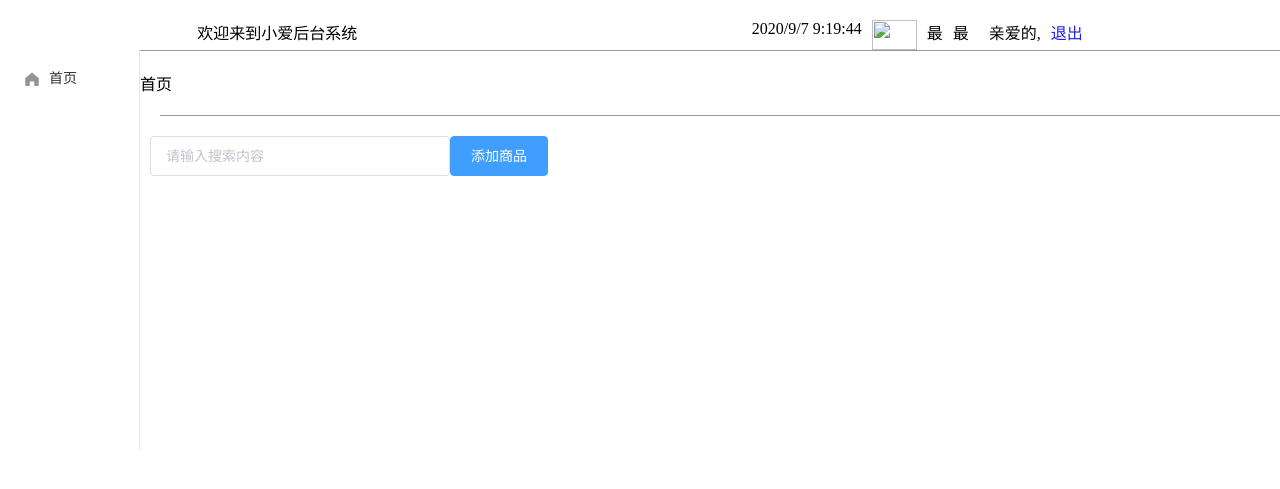
Repository: wujingwenwu/system
Page: /goods/goods
The author's editor kept a copy of each file at every save. The page is drawn from the files as they stood at one save, then again after the next save.
The browser window is 1280 px wide. The pictures show the whole page.
The page's requests for data from a server got no answer. The project was rebuilt for these pictures with package versions that can differ from the ones it lists, and the page was loaded fresh each time. No one was signed in, and anything a server would have sent is missing. Also part of the build but not shown: vue.config.js, src/views/Home.vue.

Above is the page before, as saved 2020-09-07 10:42:31.

After the next save:
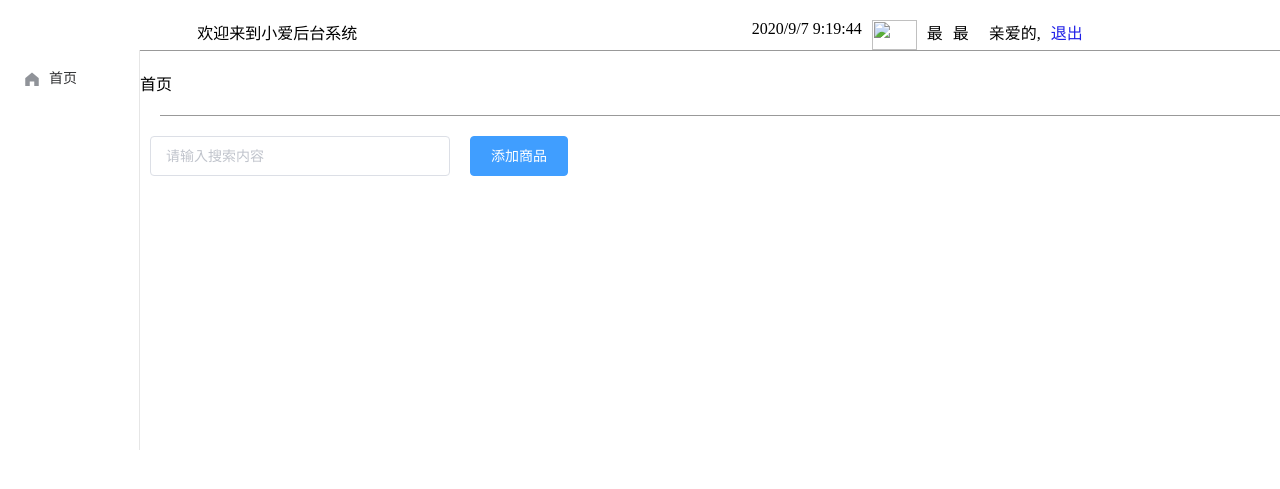
Saved 26 s later.
--- a/src/views/goods/Goods.vue
+++ b/src/views/goods/Goods.vue
@@ -7,7 +7,10 @@
   v-model="input"
   clearable>
 </el-input>
+<div class="m-l-20">
 <el-button type="primary">添加商品</el-button>
+</div>
+
  </div>
  </div>
 </template>
